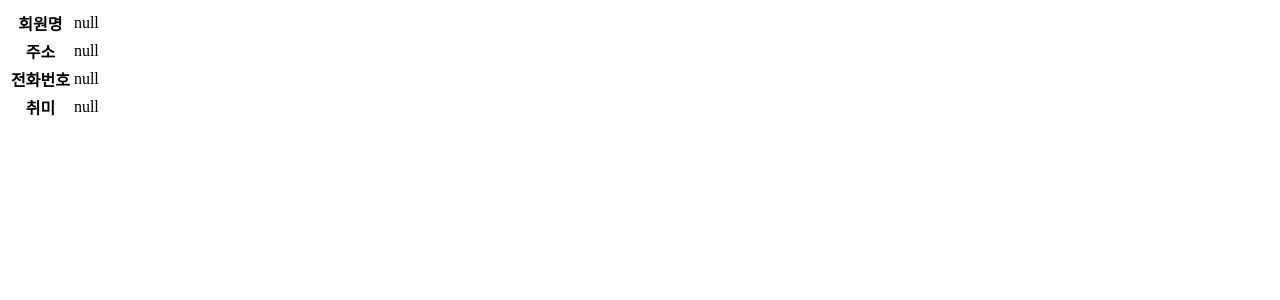
Repository: hyeri-seo/JSP
Page: http://localhost/Hello/memRegSuccess.jsp
An editor plug-in stored every save of this project. The page is shown before and after the next save, followed by the edit.
The browser window is 1280 px wide. The pictures show the whole page.
The page is served by Tomcat 9.

Above is the page before, as saved 2023-09-19 05:32:11.

After the next save:
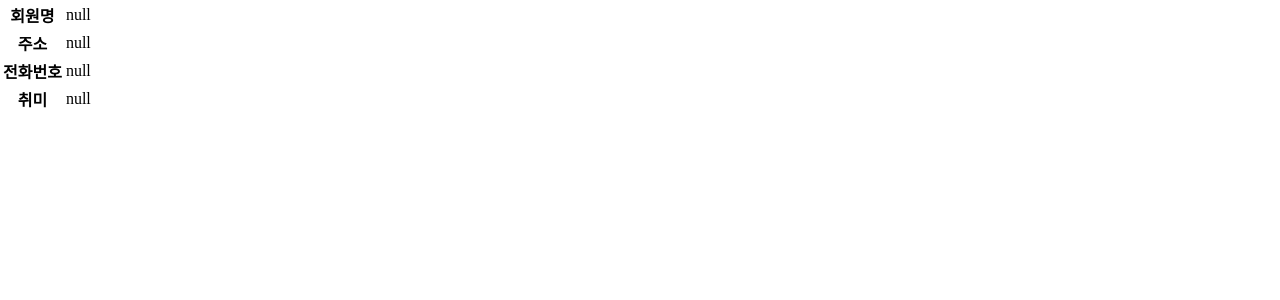
Saved 13 s later.
--- a/Hello/src/main/webapp/memRegSuccess.jsp
+++ b/Hello/src/main/webapp/memRegSuccess.jsp
@@ -5,6 +5,14 @@
 <head>
 <meta charset="UTF-8">
 <title>Insert title here</title>
+<style type="text/css">
+	body { margin : auto; }
+	div {
+	width: 280px;
+	margin: auto;
+	}
+	h1 {text-align : center;}
+</style>
 </head>
 <body>
 	<table>
